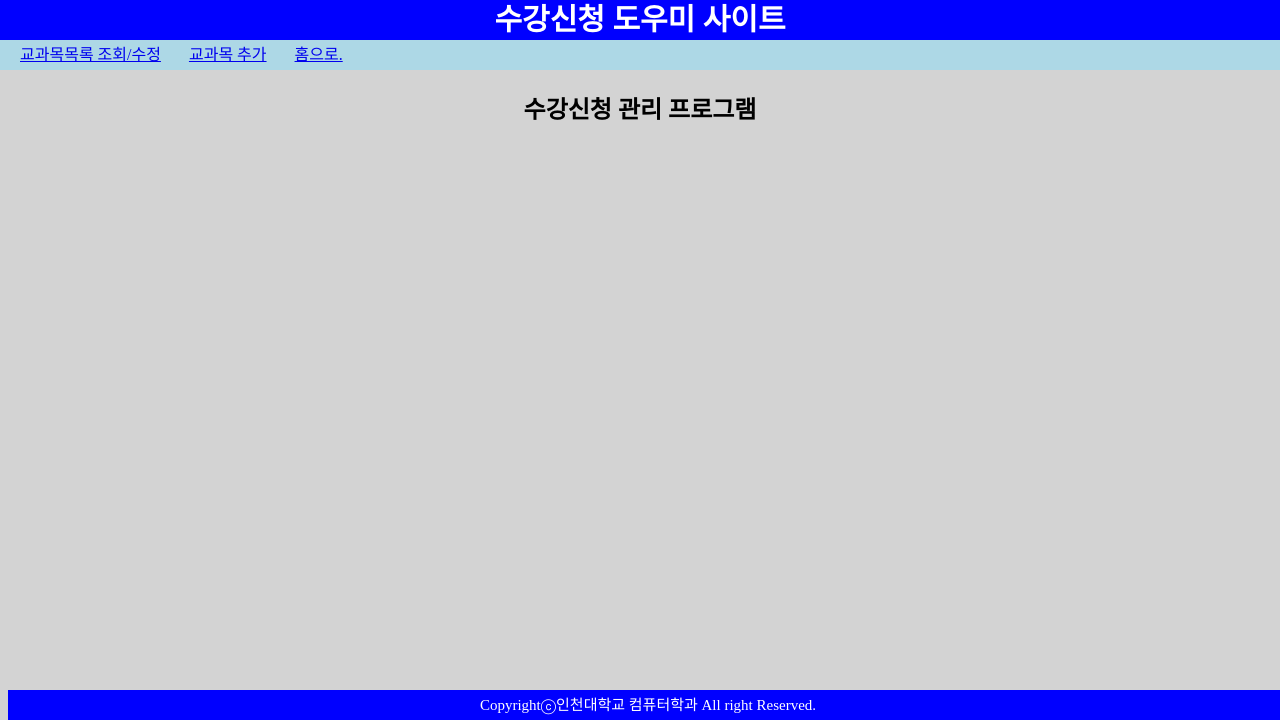
Repository: leesuyeon116/HRD_2
Page: http://localhost/HRD_0419/list.jsp
An editor plug-in stored every save of this project. The page is shown before and after the next save, followed by the edit.
The browser window is 1280 px wide. The pictures show the whole page.
The page is served by Tomcat 9.

Above is the page before, as saved 2024-04-19 07:12:51.

After the next save:
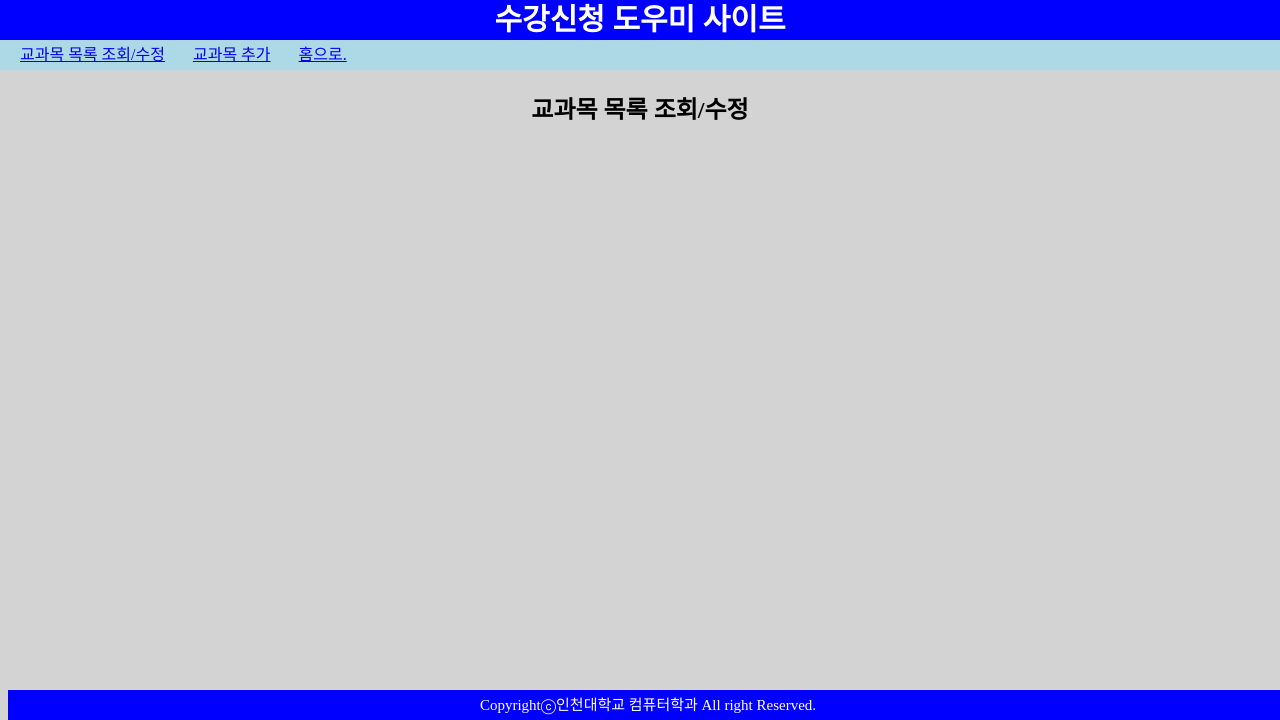
Saved 92 s later.
--- a/HRD_0419/src/main/webapp/list.jsp
+++ b/HRD_0419/src/main/webapp/list.jsp
@@ -9,7 +9,7 @@
 <body>
 	<jsp:include page="header.jsp"></jsp:include>
     <section style="position: fixed; top: 70px; left: 0px; width: 100%; height: 100%; background-color: lightgray">
-    	<h2 style="text-align: center;"><b>수강신청 관리 프로그램</b></h2><br>
+    	<h2 style="text-align: center;"><b>교과목 목록 조회/수정</b></h2><br>
 
     </section>
 	<jsp:include page="footer.jsp"></jsp:include>
--- a/HRD_0419/src/main/webapp/header.jsp
+++ b/HRD_0419/src/main/webapp/header.jsp
@@ -13,7 +13,7 @@
 
     <nav style="position: fixed; top: 40px; left: 0px; width: 100%; height: 30px; line-height: 30px;
         background-color: lightblue; color: white; padding-left: 20px">
-        <a href="list.jsp">교과목목록 조회/수정</a> &nbsp; &nbsp; &nbsp;
+        <a href="list.jsp">교과목 목록 조회/수정</a> &nbsp; &nbsp; &nbsp;
         <a href="insert.jsp">교과목 추가</a> &nbsp; &nbsp; &nbsp;
         <a href="index.jsp">홈으로.</a> &nbsp; &nbsp; &nbsp;
     </nav>
